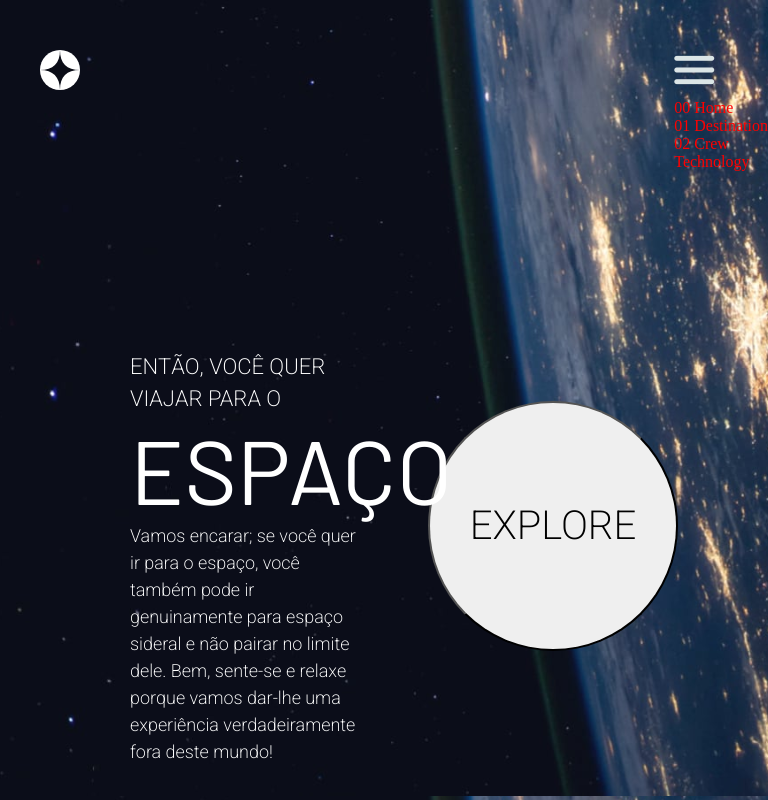
Repository: Leonngc/space-site
Page: space-tourism-website-main/space-tourism-website-main/starter-code/index.html
The author's editor kept a copy of each file at every save. The page is drawn from the files as they stood at one save, then again after a run of saves.
The browser window is 768 px wide. The pictures show the whole page.
Some web libraries are served in a nearby version.

Above is the page before, as saved 2023-04-29 16:18:07.

After the next 3 saves:
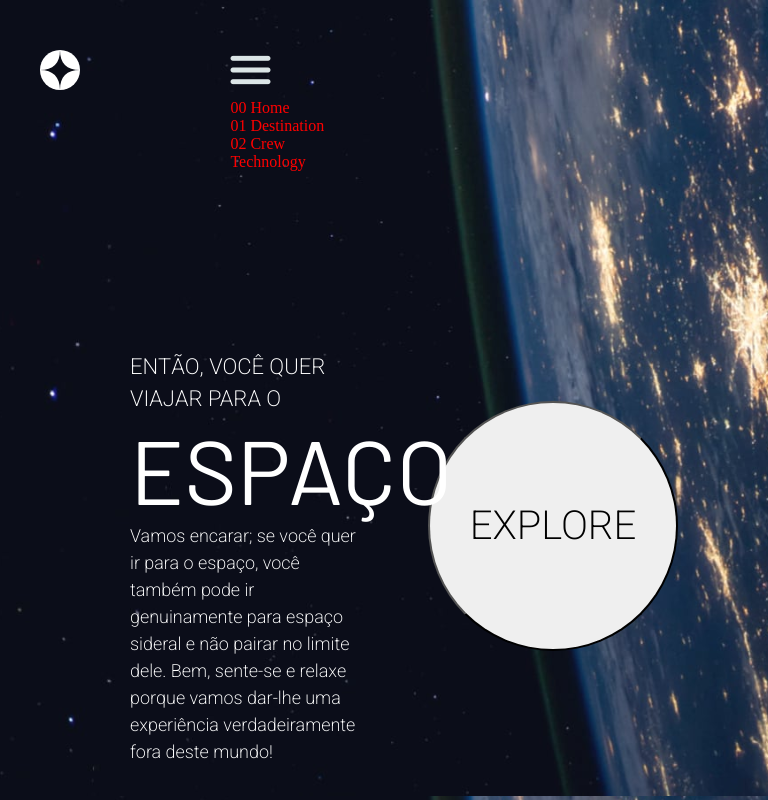
The 3 saves are shown as one change because they came seconds apart.
The last was saved 15 s later.
--- a/space-tourism-website-main/space-tourism-website-main/starter-code/styles/menu.css
+++ b/space-tourism-website-main/space-tourism-website-main/starter-code/styles/menu.css
@@ -77,6 +77,7 @@ header{
     .menu-mobile{
         list-style: none;
         color: red;
+        width: 70vw;
     }
 
 }

After the save that followed:
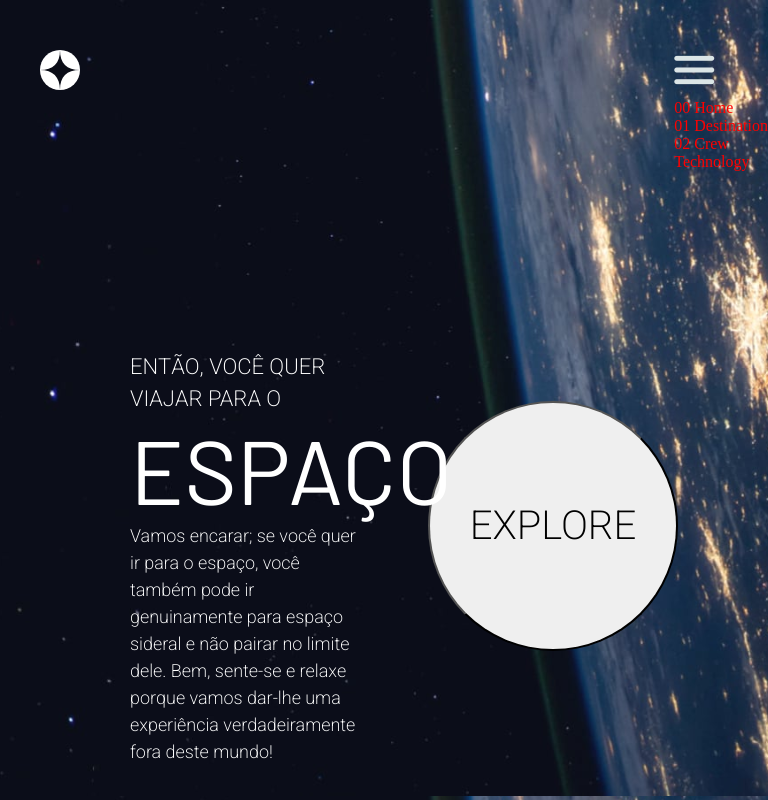
Saved 10 s later.
--- a/space-tourism-website-main/space-tourism-website-main/starter-code/styles/menu.css
+++ b/space-tourism-website-main/space-tourism-website-main/starter-code/styles/menu.css
@@ -77,7 +77,6 @@ header{
     .menu-mobile{
         list-style: none;
         color: red;
-        width: 70vw;
     }
 
 }
